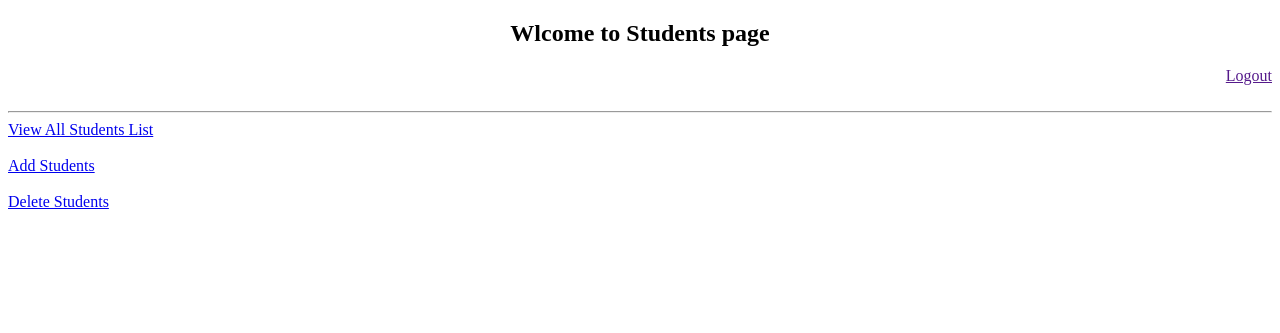
Repository: mdzeyan/JavaFSD-phase2-project
Page: Learners_Academy/src/main/webapp/Students.html
The author's editor kept a copy of each file at every save. The page is drawn from the files as they stood at one save, then again after the next save.
The browser window is 1280 px wide. The pictures show the whole page.

Above is the page before, as saved 2022-03-29 11:12:35.

### Learners_Academy/src/main/webapp/Students.html
<!DOCTYPE html>
<html>
<head>
<meta charset="ISO-8859-1">
<title>Insert title here</title>
</head>
<body>

	<h2 align="center">Wlcome to Students page</h2>
	<div align="right"><a href="">Logout</a></div>

	<br>
	<hr></hr>
	<a href="ViewStudentList.html">View All Students List</a>
	<br><br>
	<a href="AddStudent.html">Add Students</a>
	<br><br>
	<a href="DeleteStudent.html">Delete Students</a>


</body>
</html>

After the next save:
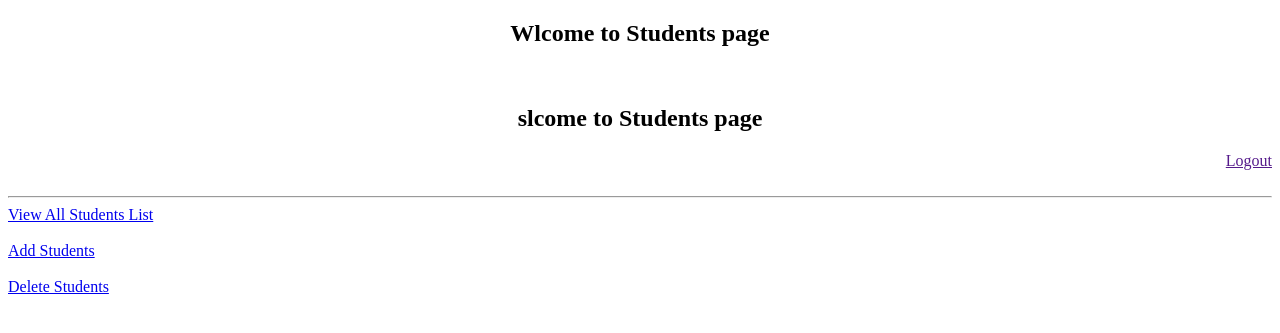
Saved 30 s later.
--- a/Learners_Academy/src/main/webapp/Students.html
+++ b/Learners_Academy/src/main/webapp/Students.html
@@ -7,6 +7,8 @@
 <body>
 
 	<h2 align="center">Wlcome to Students page</h2>
+	<br>
+	<h2 align="center">slcome to Students page</h2>
 	<div align="right"><a href="">Logout</a></div>
 
 	<br>
